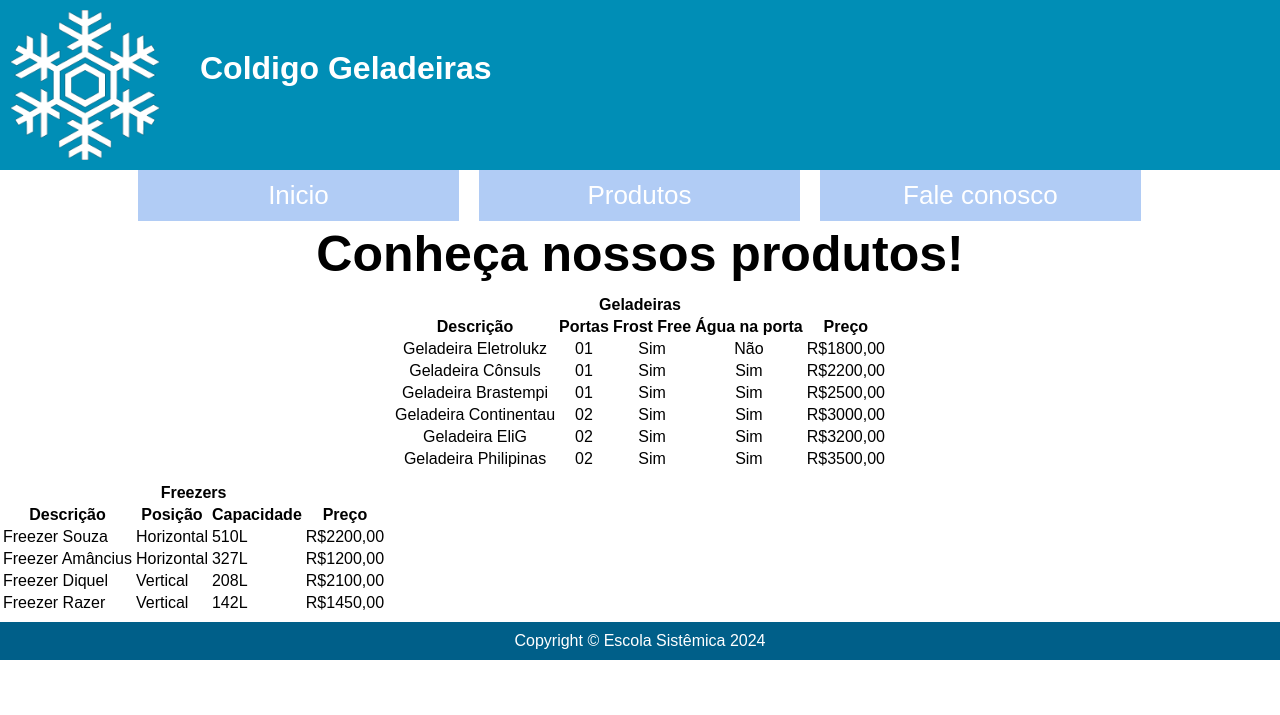
Repository: AndreiLGomes/faculdade
Page: http://localhost/ProjetoTrilhaWeb/pages/site/produtos.html
The author's editor kept a copy of each file at every save. The page is drawn from the files as they stood at one save, then again after the next save.
The browser window is 1280 px wide. The pictures show the whole page.
The page is served by Tomcat 9.

Above is the page before, as saved 2024-04-10 22:47:11.

After the next save:
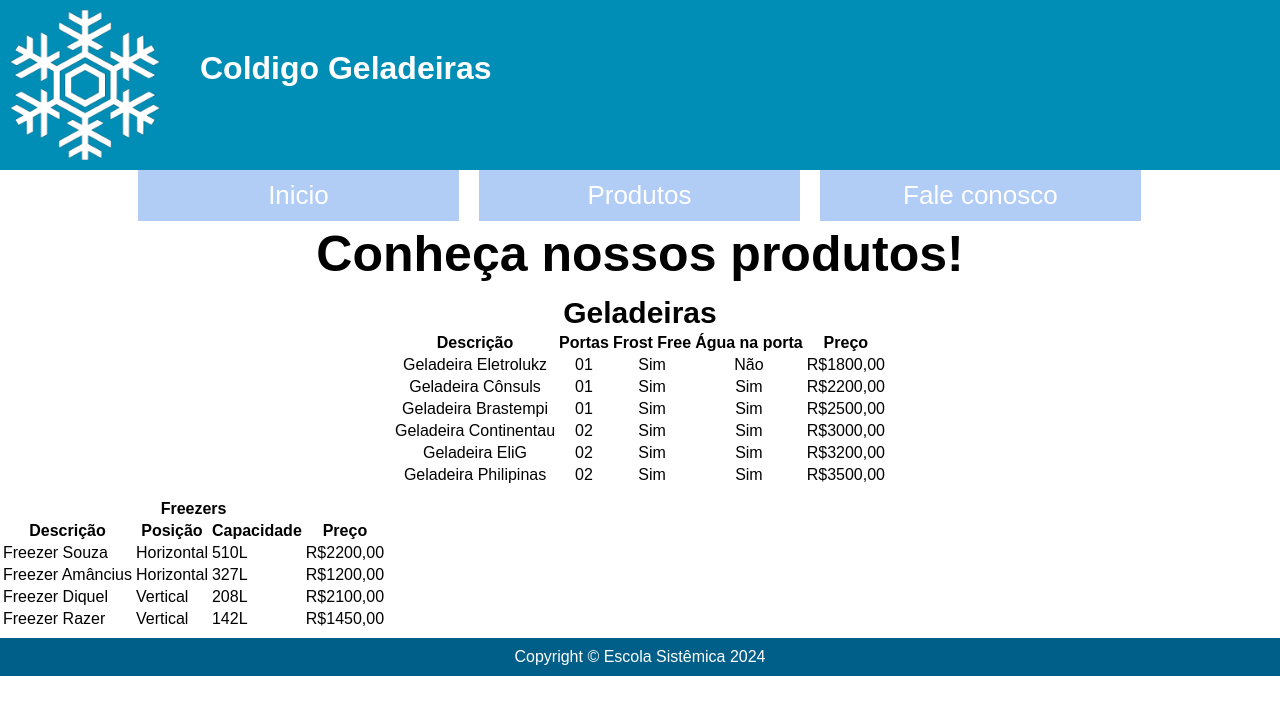
Saved 12 min 7 s later.
--- a/2 ano/WorkspaceTrilhaWeb/ProjetoTrilhaWeb/src/main/webapp/css/site.css
+++ b/2 ano/WorkspaceTrilhaWeb/ProjetoTrilhaWeb/src/main/webapp/css/site.css
@@ -118,3 +118,9 @@ p{
 	margin: 10px auto;
 	text-align: center;
 }
+
+.tituloTabela{
+	text-align: center;
+	font-size: 30px;
+	font-weight: bold;
+}
